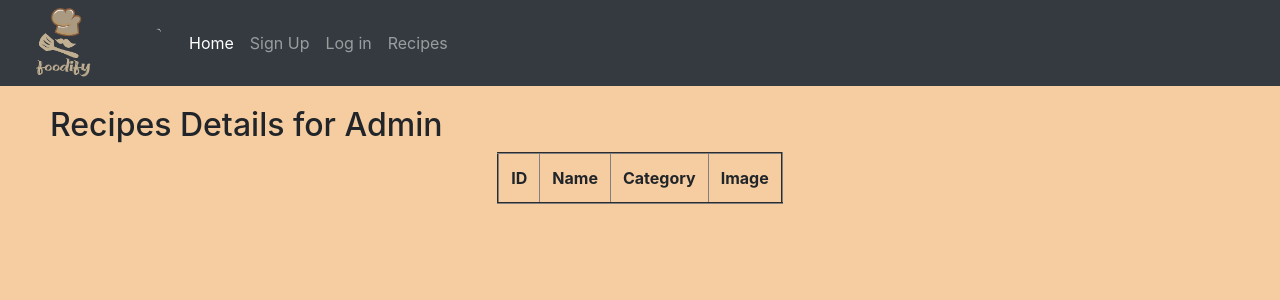
Repository: RanaHisham18/Foodify-Web-App
Page: http://localhost/Project IA raghda/records.php
The author's editor kept a copy of each file at every save. The page is drawn from the files as they stood at one save, then again after a run of saves.
The browser window is 1280 px wide. The pictures show the whole page.
The page is run by PHP 8.4 with error messages shown; the project is at /var/www/html/. Queries for data that is not in the repository find no rows.

Above is the page before, as saved 2022-01-06 16:10:29.

### Project IA raghda/records.php
<!DOCTYPE html>
<html lang="en">
<head>
    <meta charset="UTF-8">
    <meta http-equiv="X-UA-Compatible" content="IE=edge">
    <meta name="viewport" content="width=device-width, initial-scale=1.0">
    <link rel="stylesheet" href="https://maxcdn.bootstrapcdn.com/bootstrap/4.0.0/css/bootstrap.min.css"
     integrity="sha384-Gn5384xqQ1aoWXA+058RXPxPg6fy4IWvTNh0E263XmFcJlSAwiGgFAW/dAiS6JXm" crossorigin="anonymous">
     <link rel="stylesheet" href="records.css" type="text/css">
    <title>displaying records</title>
</head>
<body>

 <!--Navigation Bar-->
 <nav class="navbar navbar-expand-lg navbar-dark bg-dark sticky-top">
     <img class="image" src="images/foodify.png" alt="Foodify logo">

        <button class="navbar-toggler" type="button" data-bs-toggle="collapse" data-bs-target="#navbarScroll" aria-controls="navbarScroll" aria-expanded="false" aria-label="Toggle navigation">
          <span class="navbar-toggler-icon"></span>
        </button>
      <div class="container-fluid">
          <div class="collapse navbar-collapse" id="navbarScroll">
            <ul class="navbar-nav me-auto my-2 my-lg-0 navbar-nav-scroll" style="--bs-scroll-height: 100px;">
              <li class="nav-item">
                <a class="nav-link active" aria-current="page" href="home.php">Home</a>
              </li>
              <li class="nav-item">
                <a class="nav-link" href="register.php">Sign Up</a>
              </li>
              <li class="nav-item">
                <a class="nav-link" href="login.php">Log in</a>
              </li>
              <li class="nav-item">
                <a class="nav-link" href="#recipes">Recipes</a>

              </li>
            </ul>

          </div>
        </div>
    </nav>
<h2>Recipes Details for Admin</h2>
<center>
    <table border="2">
    <tr class="table">
        <th>ID</th>
        <th>Name</th>
        <th>Category</th>
        <th>Image</th>
    </tr>

    <?php

    include "server1.php"; //database connection
    $queryselect = 'select*from reciepes';
    $records=mysqli_query($db,$queryselect); //fetch data
    //$data = $records;

    while ($data = mysqli_fetch_array($records))
{
    ?>
    <tr>
        <Td class="text"><?php echo $data['name'] ?> </Td>
        <Td class="text"><?php echo $data['id'] ?> </Td>
        <Td class="text"><?php echo $data['category'] ?> </Td>
        <td><img src=" <?php echo $data['image']; ?>" width = "200px", height="200px"/> </td>
        <td><a href=" edit.php?id= <?php echo $data['id']; ?>">Edit</a></td>
        <td><a href=" delete.php?id= <?php echo $data['id']; ?>">Delete</a></td>

    </tr>

    <?php
          }
    ?>
</center>
</table>


<script src="https://cdn.jsdelivr.net/npm/bootstrap@5.1.3/dist/js/bootstrap.bundle.min.js" integrity="sha384-ka7Sk0Gln4gmtz2MlQnikT1wXgYsOg+OMhuP+IlRH9sENBO0LRn5q+8nbTov4+1p" crossorigin="anonymous"></script>
</body>
</html>

### Project IA raghda/server1.php
<?php
if(!isset($_SESSION)){
    session_start();
}

$error=array();
$db=mysqli_connect('localhost','root','','section');


if(isset($_POST['register'])){
    $firstname=mysqli_real_escape_string($db,$_POST['firstname']);
    $lastname=mysqli_real_escape_string($db,$_POST['lastname']);
    $email=mysqli_real_escape_string($db,$_POST['email']);
    $password1=mysqli_real_escape_string($db,$_POST['psw1']);
    $password2=mysqli_real_escape_string($db,$_POST['psw2']);
    if(empty($firstname)){
        array_push($error,"Firstname is required");
    }
    if(empty($lastname)){
        array_push($error,"Lastname is required");
    }
    if(empty($email)){
        array_push($error,"Email is required");
    }
    if(empty($password1)){
        array_push($error,"Password is required");
    }
    if(empty($password2)){
        array_push($error,"Confirm password is required");
    }
    if($password1!=$password2){
        array_push($error,"Passwords do not match");
    }
    if(count($error)==0){
        $sql="INSERT INTO users(firstname,lastname,email,password,confirmpassword) Values('$firstname','$lastname','$email','$password1','$password2')";
        mysqli_query($db,$sql);
    }

}
//login
if(isset($_POST['login'])){
    $email=mysqli_real_escape_string($db,$_POST['email']);
    $password=mysqli_real_escape_string($db,$_POST['psw']);
    if(empty($email)){
        array_push($error,"Email is required");
    }
    if(empty($password)){
        array_push($error,"Password is required");
    }
    if(count($error)==0){
        $query="SELECT * FROM users WHERE email='$email' AND password='$password'";
        $result=mysqli_query($db,$query);
        if(mysqli_num_rows($result)==1){
            $_SESSION['email']=$email;
            $_SESSION['success']="Welcome you are logged in";
            //redirect user to recipes page
            header('Location:records.php');
        }
    }
}
//logout
if(isset($_GET['logout'])){
    session_destroy();
    unset($_SESSION['email']);
    header('location:login.php');
}

### Project IA raghda/records.css
body{
    background-color: #f5cda0;
}


.image{
    cursor: pointer;
    height:70px;
     width:130px;
    margin-left: 20px;
  }
  .scroll{
    margin-top:200px;
    margin-left:50px;
}
h2{
    font-style: bold ;
    margin-left: 50px;
    margin-top: 20px;
}

.text{
    text-align: center;
}

.table{
    width: max-content;
}

After the next 2 saves:
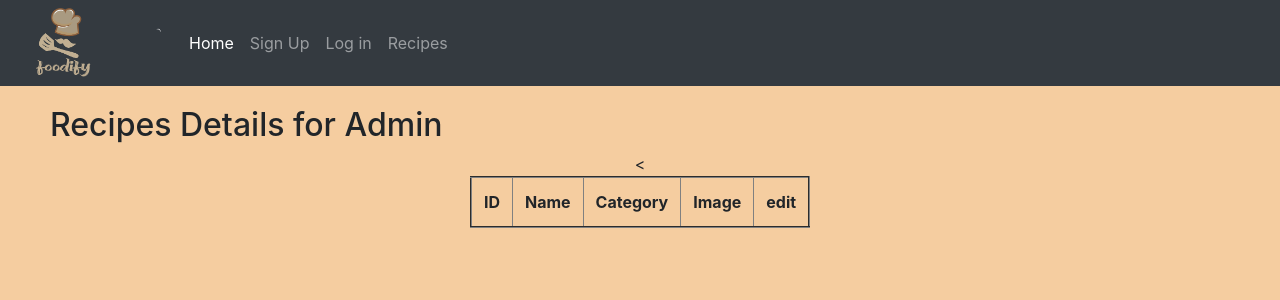
The 2 saves are shown as one change because they came seconds apart.
The last was saved 14 s later.
--- a/Project IA raghda/records.php
+++ b/Project IA raghda/records.php
@@ -47,6 +47,8 @@
         <th>Name</th>
         <th>Category</th>
         <th>Image</th>
+        <th>edit</th>
+        <
     </tr>
 
     <?php
